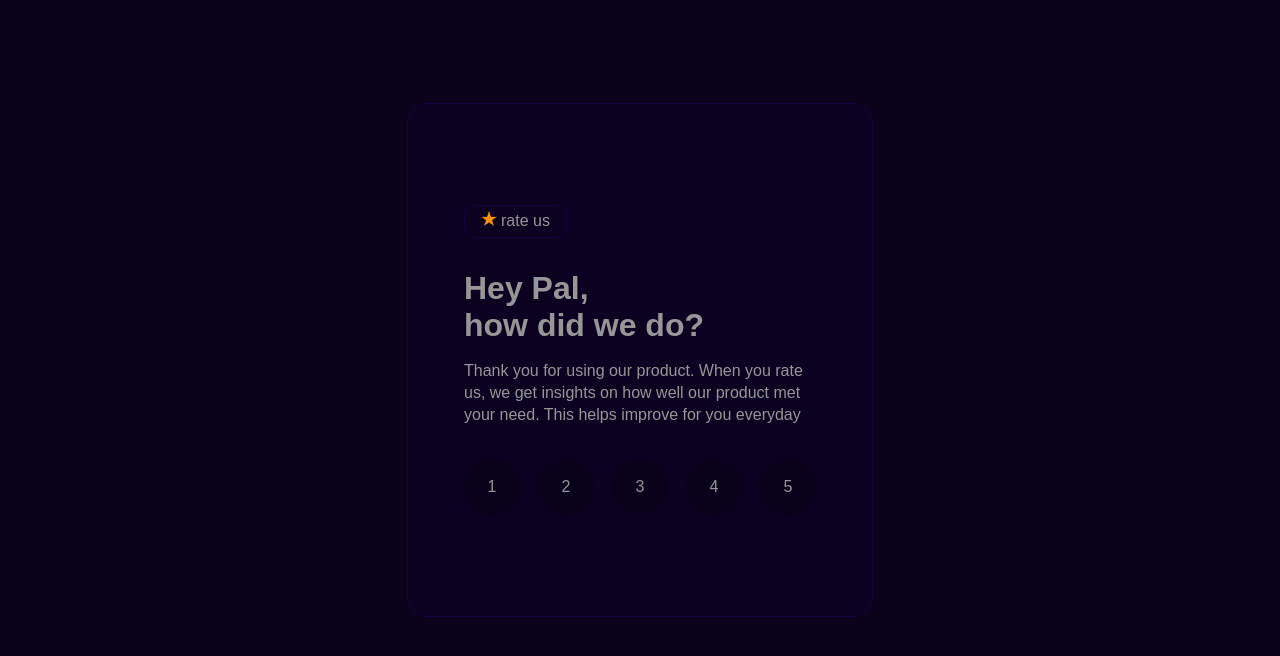
Repository: russel-success/xcodepp-TASK-2
Page: index.html
An editor plug-in stored every save of this project. The page is shown before and after the next save, followed by the edit.
The browser window is 1280 px wide. The pictures show the whole page.

Above is the page before, as saved 2024-05-27 17:29:56.

### index.html
<!DOCTYPE html>
<html lang="en">
<head>
    <meta charset="UTF-8">
    <meta name="viewport" content="width=device-width, initial-scale=1.0">
    <link rel="stylesheet" href="styles/styles.css">
    <title>Ratings</title>
</head>
<body>
    <div class="container">
        <div class="card-container">
            <div class="submit-state-container">
                <div class="rate-us">
                    <span><img src="assets/star.png" alt=""></span><span><p>rate us</p></span>
                </div>
                <div class="body-text-container">
                    <h1>Hey Pal,<br> how did we do?</h1>
                    <p class="body-text">Thank you for using our product. When you rate us, we get insights on how well our product met your need. This helps improve for you everyday</p>
                </div>
                <div class="ratings-container">
                    <div class="rating">1</div>
                    <div class="rating">2</div>
                    <div class="rating">3</div>
                    <div class="rating">4</div>
                    <div class="rating">5</div>
                </div>
                <!-- <div class="button-container"><button class="submit">submit</button></div> -->
            </div>
            <div class="feedback-state-container">
                <div class="rate-and-star">
                    <div id="rate-value"></div>
                    <div id="fd-star">
                        <img src="assets/star.png" alt="">
                    </div><br>
                </div>

                <div class="body-text-container">
                    <p>thank you for rating us Pal! We certainly wil be using this feedback to create better experience for you</p>
                </div>

             </div>
    </div>
    </div>
    <script src="script.js"></script>
</body>
</html>

### styles/styles.css
:root{
    --prim-purple:rgb(8, 1, 30);
    --headline:Arial, Helvetica, sans-serif ;
}
*{
    padding:0;
    margin:0;
    transition:0.3s ease;
}
.container{
    background:rgb(10, 1, 27);
    width:100vw;
    height:100vh;
    display:flex;
    justify-content: center;
    align-items: center;
}
.submit-state-container{
    display:flex;
    align-items:left;
    justify-content: center;
    flex-direction:column;
}
.feedback-state-container{
    display:none;
    text-align:center;
    align-items:center;
    justify-content: center;
    flex-direction:column;

}
.card-container{
    width:30%;
    min-width:240px;
    height:60%;
    min-height:250px;
    box-sizing:content-box;
    padding:40px;
    /* margin:24px; */
    border-radius: 20px;
    border:1px solid rgb(23, 0, 63);
    background:rgb(13, 1, 34);
    color:rgb(150, 150, 150);
    font-family:var(--headline);
    line-height: 1.4rem;
    font-weight:100;
    display:flex;
    /* align-items:center; */
    justify-content: center;
    flex-direction:column;
    transition:box-sizing 0.8s ease;
}
.rate-us{
    display: flex;
    justify-content:left;
    align-items: center;
    gap:4px;
    margin:16px;
    padding:4px 16px;
    border:1px solid rgb(23, 0, 63);
    border-radius:10px;
    width:fit-content;
    height:fit-content;
}
.rate-us img{
    width:16px;
}
.body-text-container{
    width:fit-content;
    height:fit-content;
    padding:16px;
    display:flex;
    flex-direction: column;
    gap:16px;
}
h1{
    line-height: normal;
    font-weight:700;
}
.body-text{
    color:inherit;
}
.ratings-container{
    display:flex;
    justify-content:space-between;
    align-items: center;
    width:auto;
    height:56px;
    /* border:1px solid white; */
    margin:16px;
}
.rating{
    /* border:1px solid white; */
    width:56px;
    height:56px;
    /* min-width:40px;
    min-height:40px; */
    text-align:center;
    align-content:center;
    border-radius:28px;
    background:rgb(10, 1, 27);
    color:rgb(150, 150, 150);
    transition:background 0.3s ease;
    cursor:pointer;
}
.rating:hover{
    background:rgb(150, 150, 150);
    color:rgb(13, 1, 34);
}

.chosen-rating{
    background:rgb(255, 145, 0);
    color:rgb(13, 1, 34);
}
.button-container{
    display:flex;
    justify-content:center;
    align-items: center;
    width:auto;
    height:auto;
    padding:8px 16px;
}
.submit{
    width:100%;
    height:fit-content;
    padding:12px 0;
    border-radius:10px;
    border:1px solid rgb(23, 0, 63);
    background:rgb(150, 150, 150);
    transition: 0.2s ease;
    cursor:pointer;
    transform:translate3d(0,15px,100px);
    opacity:0;
    animation: slide-in 0.7s 0.1s forwards;
}
.submit:hover{
    background:rgb(138, 138, 138);
}
.rate-and-star{
    display:flex;
    justify-content: center;
    align-items:center;
    gap:4px;
    height:fit-content;
}
#rate-value{
    font-size:8rem;
}
#fd-star{
    text-align:center;
    width:auto;

}
@keyframes slide-in{
    /* 0%{transform:translate3d(0,100px,20px)} */
    100%{transform:translate3d(0,0,0); opacity:1}
}
@media screen and (max-width:360px){
   text{
    font-size:0.9rem;
   }
   .card-container{
    height:40%;
    padding:32px;
    box-sizing:content-box;
   }
   .rating{
    width:40px;
    height:40px;
    border-radius:20px;
    font-size:0.8rem;
   }
}

### script.js
var ratings=document.querySelectorAll(".rating");
const card_container=document.querySelector(".card-container");
const submit_state_container=document.querySelector(".submit-state-container");
const feedback_state_container=document.querySelector(".feedback-state-container");
const button_container=document.createElement("div");
button_container.classList.add("button-container");
const submit=document.createElement("button");
submit.classList.add("submit");
submit.textContent="submit";
//rating user chose, displayed in feedback message
rate_span=document.querySelector("#rate-value");

// console.log(ratings[1].textContent);
ratings.forEach(element=>{
    element.addEventListener("click",()=>{
        ratings.forEach(element=>{
            element.classList.remove('chosen-rating');
        })
        element.classList.add('chosen-rating');
        var rate_val=element.textContent;
        rate_span.textContent=rate_val;
       for(var i=0; i<element.textContent; i++){
        ratings[i].classList.add('chosen-rating');
       }
       button_container.appendChild(submit);
      submit_state_container.appendChild(button_container);

    });


});

submit.addEventListener("click",()=>{
    submit_state_container.style.display="none";
    feedback_state_container.style.display="flex";
    console.log(rate_span.textContent);
});

After the next save:
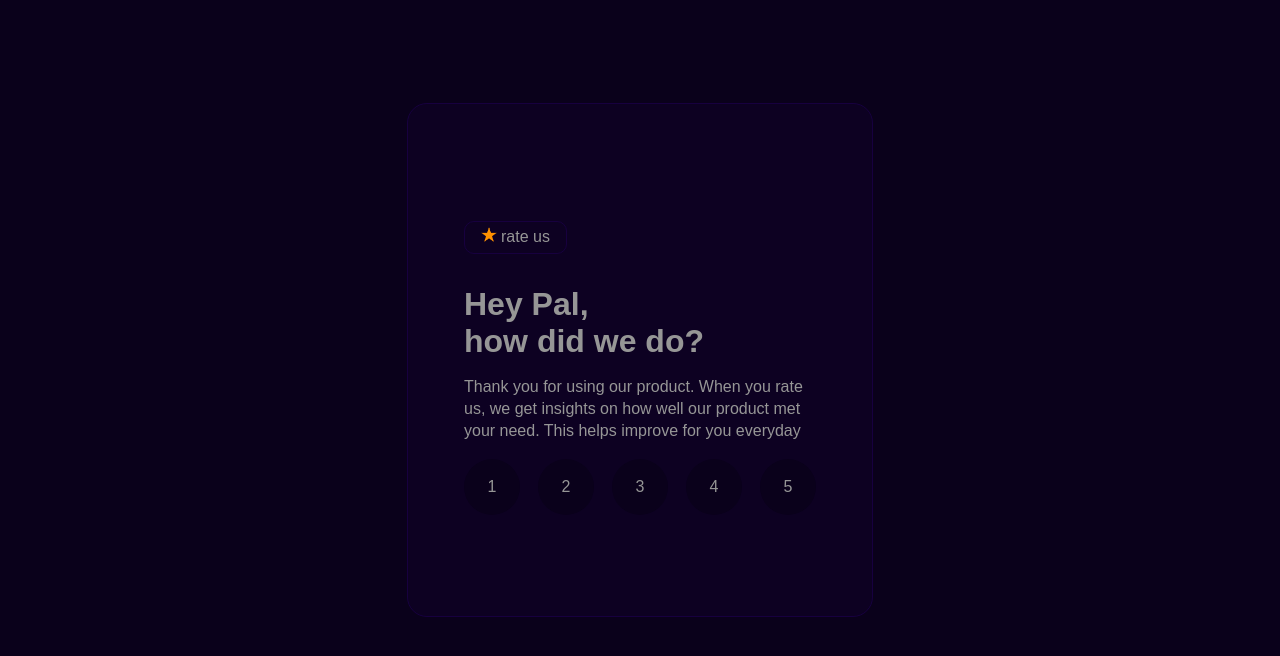
Saved 66 s later.
--- a/styles/styles.css
+++ b/styles/styles.css
@@ -87,7 +87,7 @@ h1{
     width:auto;
     height:56px;
     /* border:1px solid white; */
-    margin:16px;
+    margin:0 16px;
 }
 .rating{
     /* border:1px solid white; */
